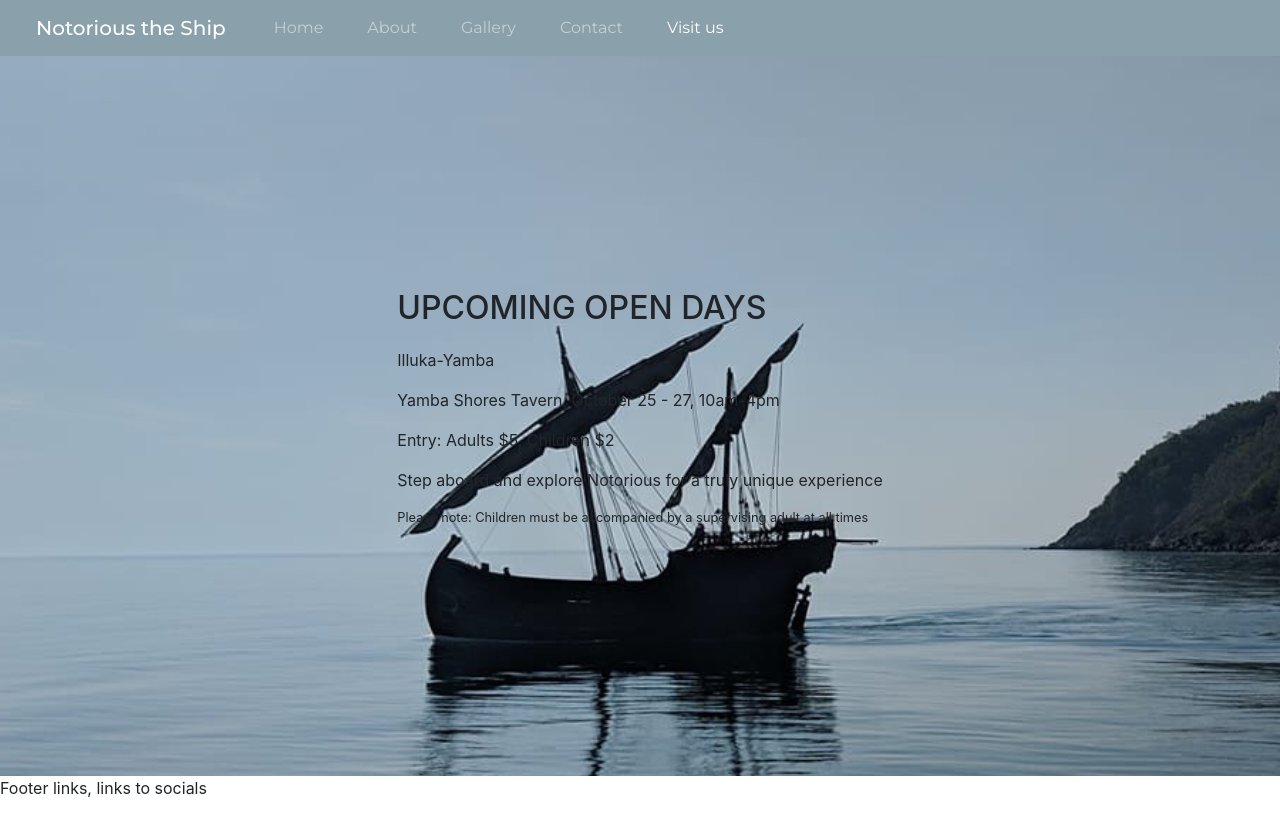
Repository: TSRose/NotorioustheShip
Page: open.html
The author's editor kept a record of every edit. The page is drawn from the files as they stood at one moment, then again after the next edit.
The browser window is 1280 px wide. The pictures show the whole page.
Backgrounds fixed to the window are drawn as part of the page.

Above is the page before.

After the next edit:
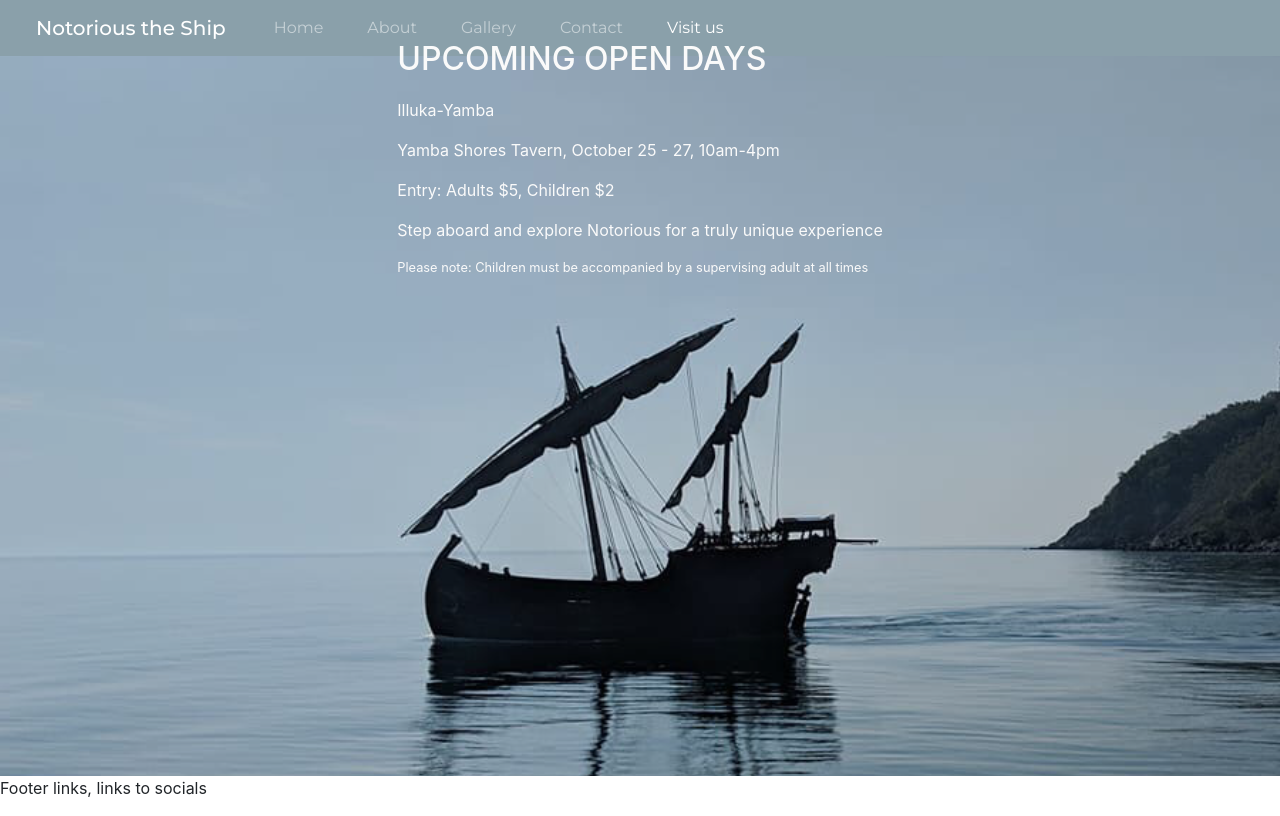
The edit:
--- a/open.html
+++ b/open.html
@@ -33,7 +33,7 @@
         <section class="landing">
             <div class="row">
                 <div class="col-12">
-                    <div class="jumbotron-landing">
+                    <div class="jumbotron">
                         <h2 class="text-uppercase jumbotron-heading">Upcoming Open Days</h2>
                         <p class="landing-subheading">Illuka-Yamba</p>
                         <p class="landing-subheading">Yamba Shores Tavern, October 25 - 27, 10am-4pm</p>
